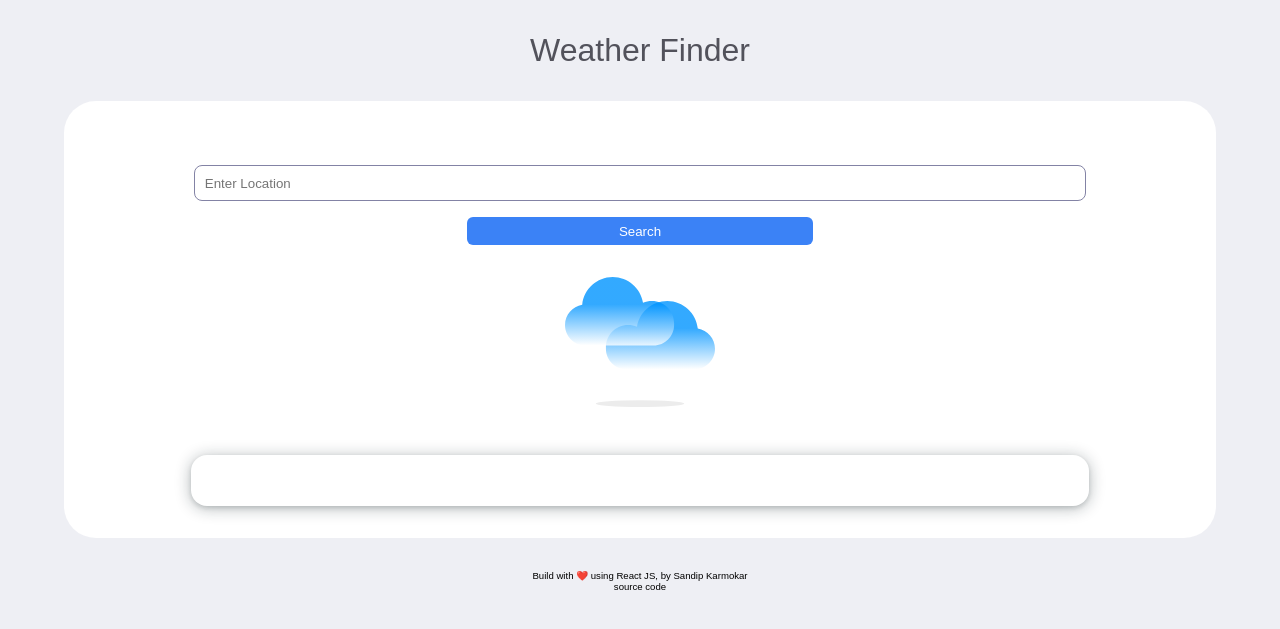
Repository: sandipkarmokar/weather-app
Page: /
These files come from the project's save history. The page is drawn as it stood at one moment and after the next save; the edit follows.
The browser window is 1280 px wide. The pictures show the whole page.
The project was rebuilt for these pictures with package versions that can differ from the ones it lists, and the page was loaded fresh each time.

Above is the page before, as saved 2022-04-12 18:02:25.

After the next save:
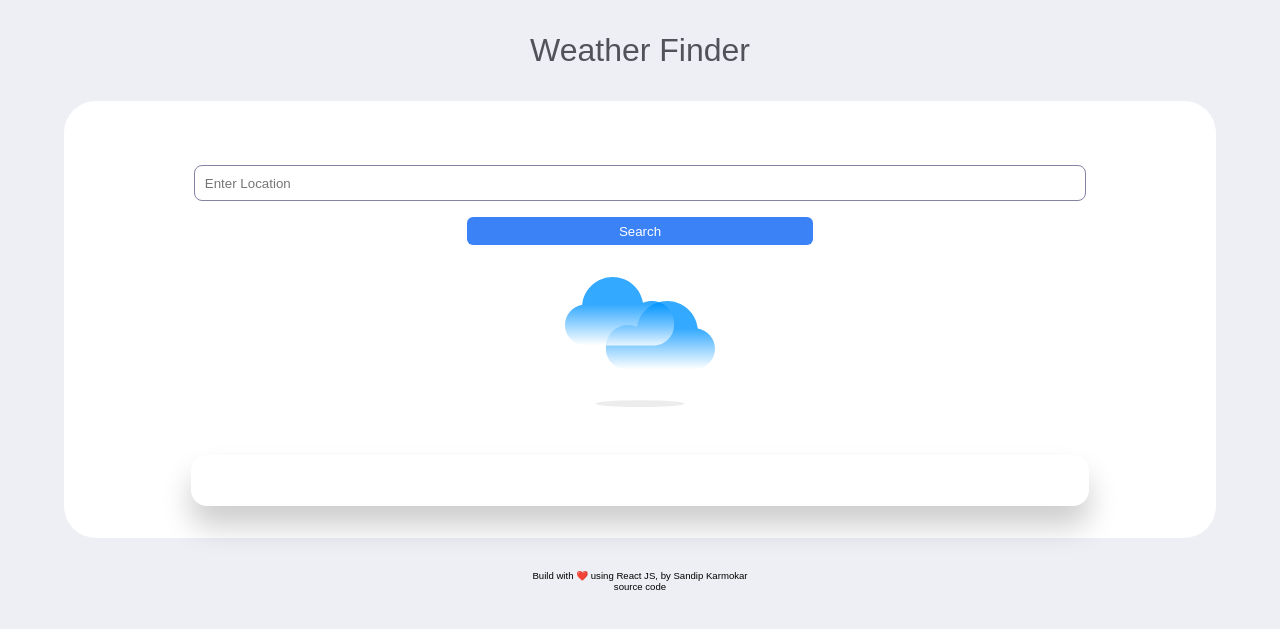
Saved 59 s later.
--- a/src/App.css
+++ b/src/App.css
@@ -59,8 +59,7 @@
 .app .app-container .weather-info-show {
     background-color: #ffffff;
     width: 78%;
-    box-shadow: rgba(14, 30, 37, 0.12) 0px 2px 4px 0px,
-        rgba(14, 30, 37, 0.32) 0px 2px 16px 0px;
+    box-shadow: rgba(0, 0, 0, 0.2) 0px 20px 30px;
     margin: 1rem auto;
     border-radius: 1rem;
     padding: 1.6rem;

After the save that followed:
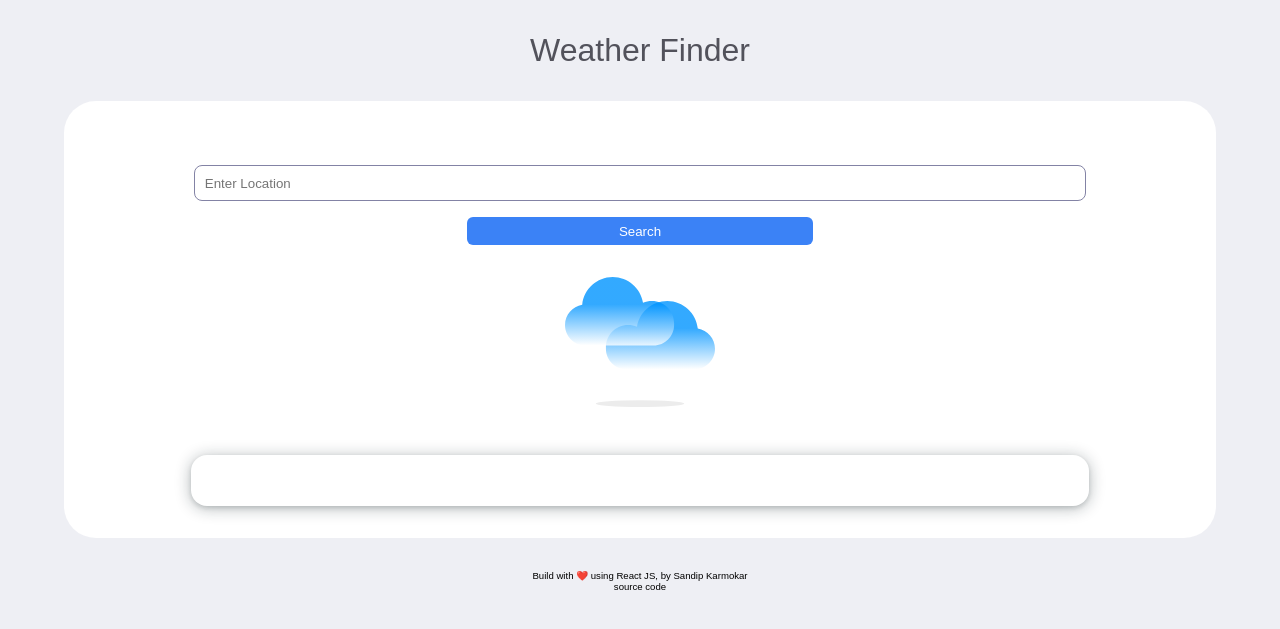
Saved 4 s later.
--- a/src/App.css
+++ b/src/App.css
@@ -59,7 +59,8 @@
 .app .app-container .weather-info-show {
     background-color: #ffffff;
     width: 78%;
-    box-shadow: rgba(0, 0, 0, 0.2) 0px 20px 30px;
+    box-shadow: rgba(14, 30, 37, 0.12) 0px 2px 4px 0px,
+        rgba(14, 30, 37, 0.32) 0px 2px 16px 0px;
     margin: 1rem auto;
     border-radius: 1rem;
     padding: 1.6rem;
